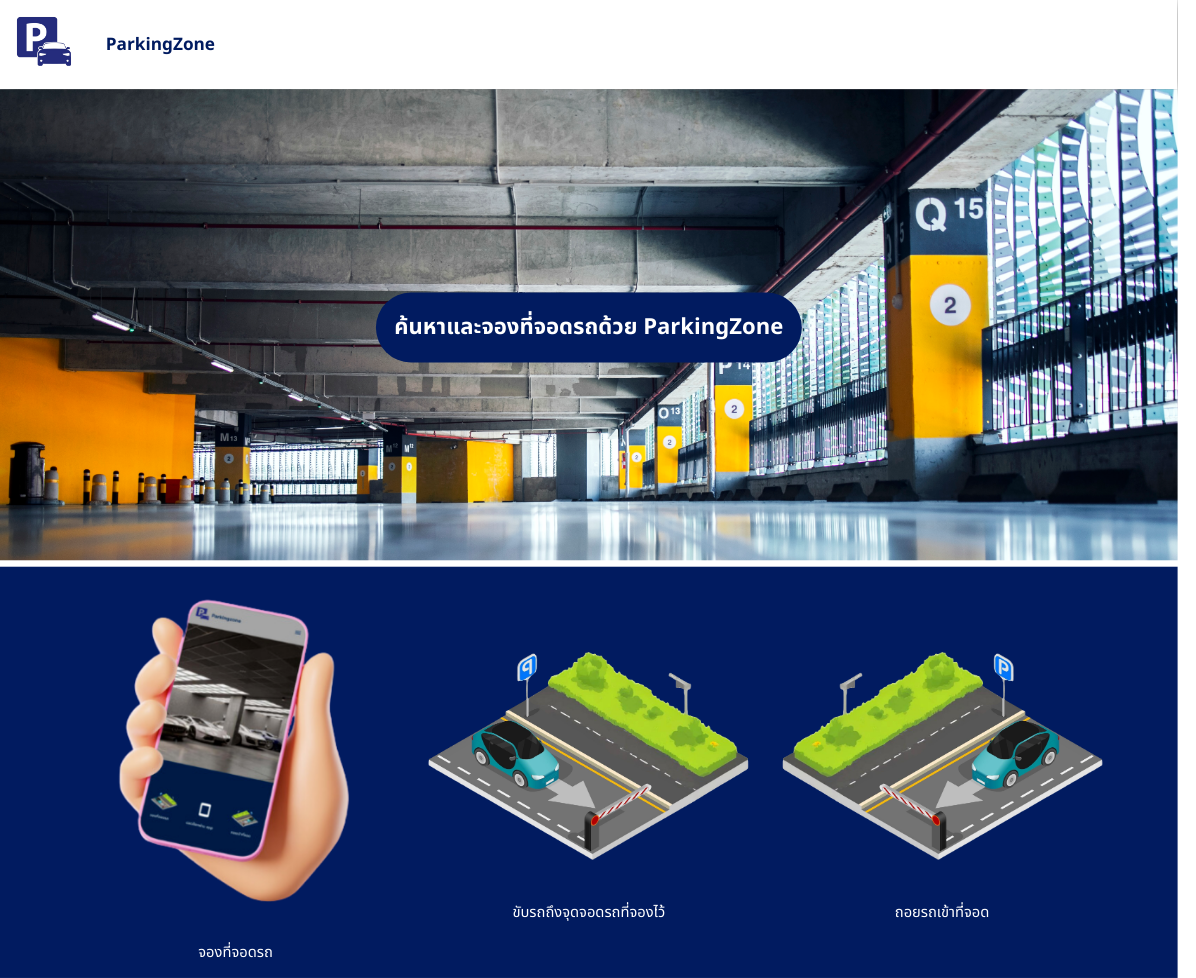
Repository: ThanyalakSasen/ParkingZone
Page: http://localhost/
The author's editor kept a copy of each file at every save. The page is drawn from the files as they stood at one save, then again after the next save.
The browser window is 1280 px wide. The page is 1280 px wide, then 1300 px, then 1280 px, so the pictures cover 1300 px, including what lies to the right of the window. The pictures show the whole page, at 92% of full size.
The page is served by the project's Laravel application, run on PHP 8.4 with Laravel 10.

Above is the page before, as saved 2024-09-29 20:00:43.

After the next save:
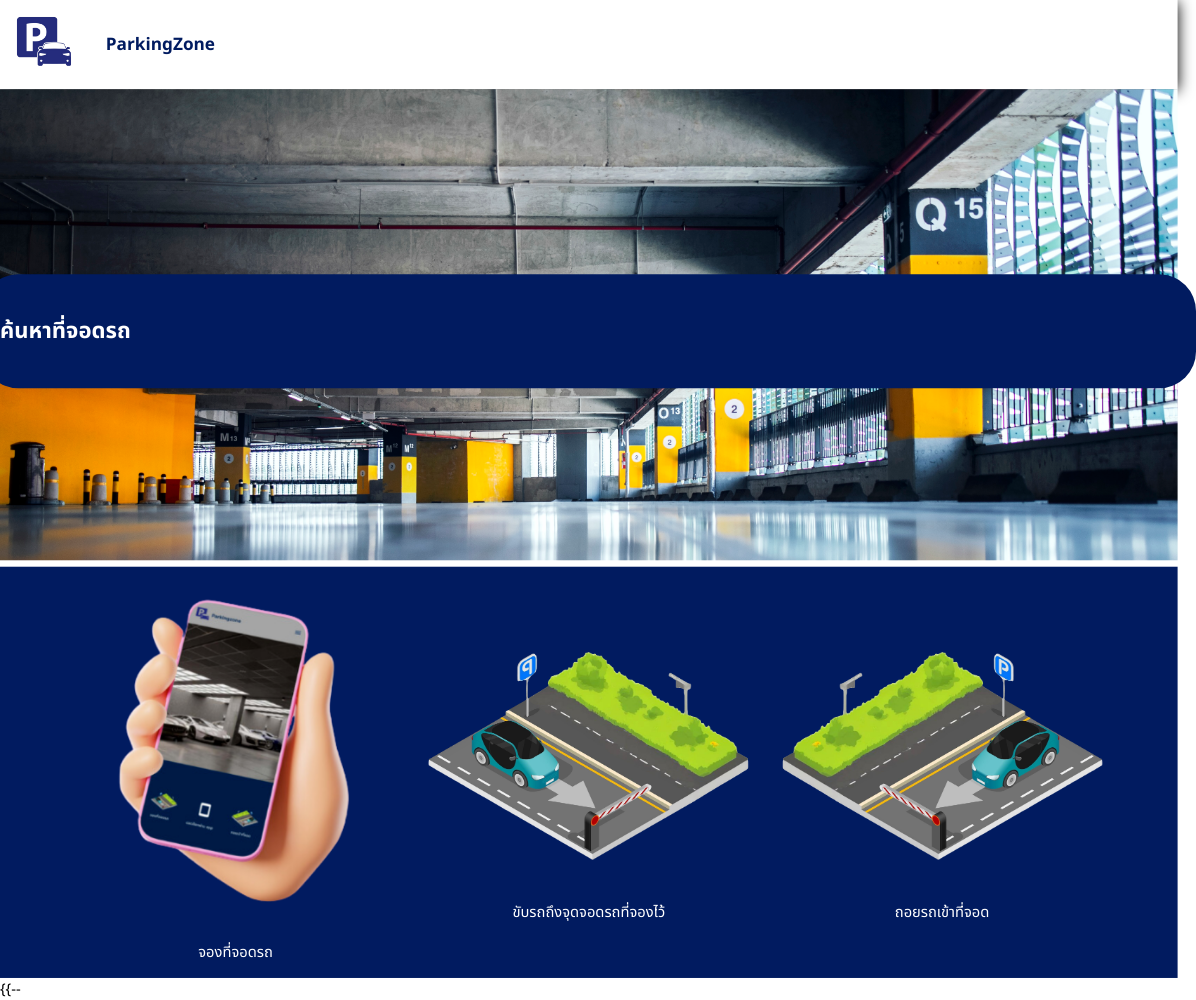
Saved 8 s later.
--- a/resources/views/welcome.blade.php
+++ b/resources/views/welcome.blade.php
@@ -142,23 +142,3 @@
     <div id="centered" style="width:100%">
         <p>ค้นหาที่จอดรถ</p>
         <div id="findplace">
-            <div>
-                <button>รายชั่วโมง</button>
-                <button>รายวัน</button>
-                <button>รายเดือน</button>
-            </div>
-            <div>
-                <label for="place">สถานที่</label><br>
-                <select name="place" id="place">
-                    <option value="เซนทรัล">เซนทรัล</option>
-                    <option value="โลตัส-สาขาโนนม่วง">โลตัส สาขาโนนม่วง</option>
-                </select>
-            </div>
-            <div>
-                <label for="day">วันที่เข้าจอด</label><br>
-                <input type="date">
-            </div>
-    </div>
-        <input type="submit" value="ค้นหาที่จอด">
-    </form>
-    </div> --}}

After the save that followed:
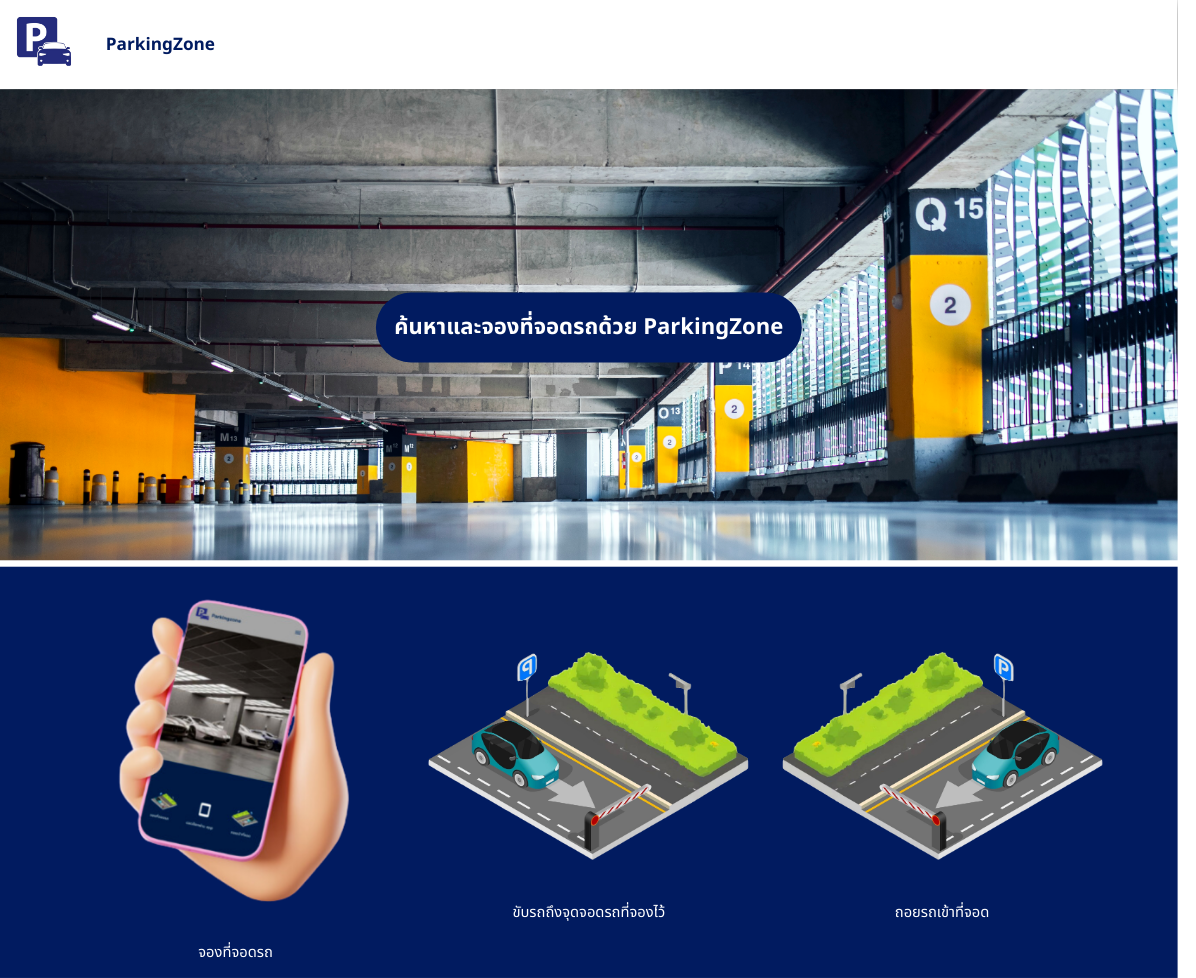
Saved 6 s later.
--- a/resources/views/welcome.blade.php
+++ b/resources/views/welcome.blade.php
@@ -137,8 +137,3 @@
         </section>
     </body>
 </html>
-{{-- <div class="container-1" style="width:50%">
-    <form action="">
-    <div id="centered" style="width:100%">
-        <p>ค้นหาที่จอดรถ</p>
-        <div id="findplace">
